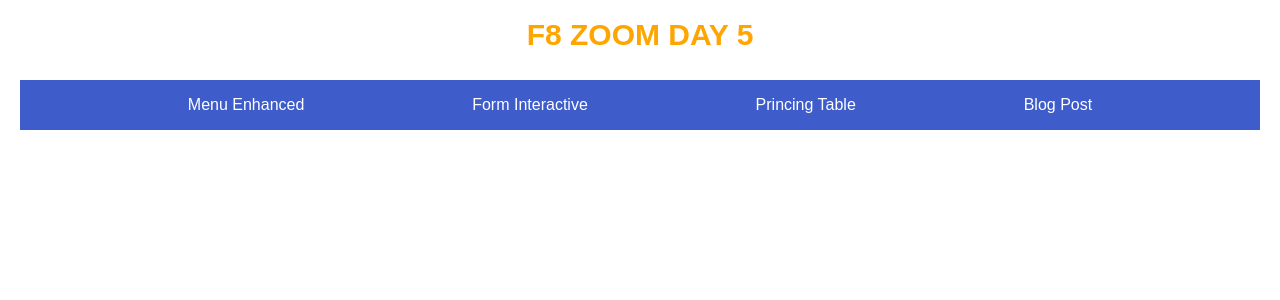
Repository: lannguyen1301/f8-zoom-day-5
Page: index.html
The author's editor kept a copy of each file at every save. The page is drawn from the files as they stood at one save, then again after the next save.
The browser window is 1280 px wide. The pictures show the whole page.

Above is the page before, as saved 2025-04-21 13:27:18.

### index.html
<!DOCTYPE html>
<html lang="en">

<head>
    <meta charset="UTF-8">
    <meta name="viewport" content="width=device-width, initial-scale=1.0">
    <title>F8 ZOOM DAY 5</title>
    <link rel="stylesheet" href="./assets/css/reset.css">
    <link rel="stylesheet" href="./assets/css/style.css">
</head>

<body>
    <div class="inner">
        <h1 class="title-desc">F8 ZOOM DAY 5</h1>
        <nav class="navbar">
            <ul class="navbar__list">
                <li class="navbar__item">
                    <a href="./menu-enhanced.html" class="navbar__link" target="_blank">Menu Enhanced</a>
                </li>
                <li class="navbar__item">
                    <a href="./form-interactive.html" class="navbar__link" target="_blank">Form Interactive</a>
                </li>
                <li class="navbar__item">
                    <a href="./pricing-table.html" class="navbar__link" target="_blank">Princing Table</a>
                </li>
                <li class="navbar__item">
                    <a href="./blog-post.html" class="navbar__link" target="_blank">Blog Post</a>
                </li>
            </ul>
        </nav>
    </div>
</body>

</html>

### assets/css/style.css
* {
    box-sizing: border-box;
}

html {
    font-size: 62.5%;
}

body {
    font-size: 1.6rem;
    font-family: "poppins", sans-serif;
}

/* common*/
a {
    text-decoration: none;
}

.inner {
    margin: 0 auto;
    padding: 20px;
}

.title-desc {
    font-size: 3rem;
    text-align: center;
    font-weight: 900;
    color: orange;
}

.navbar__list {
    display: flex;
    align-items: center;
    justify-content: space-evenly;
    margin-top: 30px;
    background-color: #3e5cca;
}

.navbar__item {
    height: 50px;
}

.navbar__link {
    color: #fff;
    line-height: 50px;
    font-weight: 500;
    font-size: 1.6rem;
}

.navbar__list .navbar__item:hover > .navbar__link {
    background-color: #fff;
}

Loaded but not shown: assets/css/reset.css (common file)

After the next save:
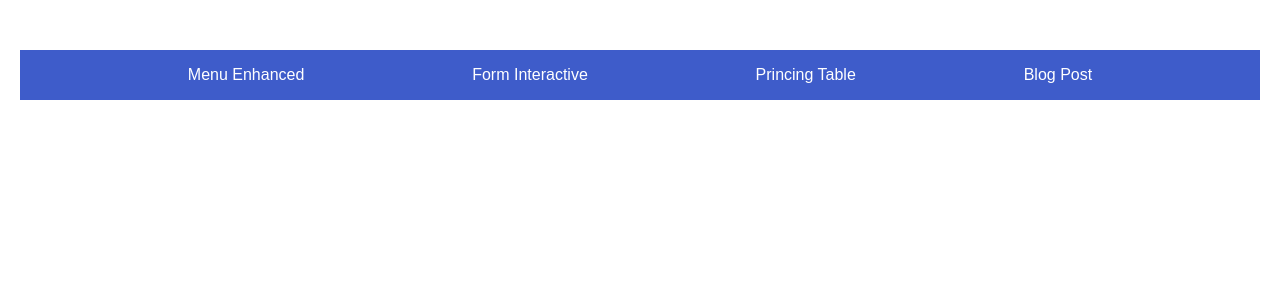
Saved 45 s later.
--- a/index.html
+++ b/index.html
@@ -11,7 +11,7 @@
 
 <body>
     <div class="inner">
-        <h1 class="title-desc">F8 ZOOM DAY 5</h1>
+        <!-- <h1 class="title-desc">F8 ZOOM DAY 5</h1> -->
         <nav class="navbar">
             <ul class="navbar__list">
                 <li class="navbar__item">
